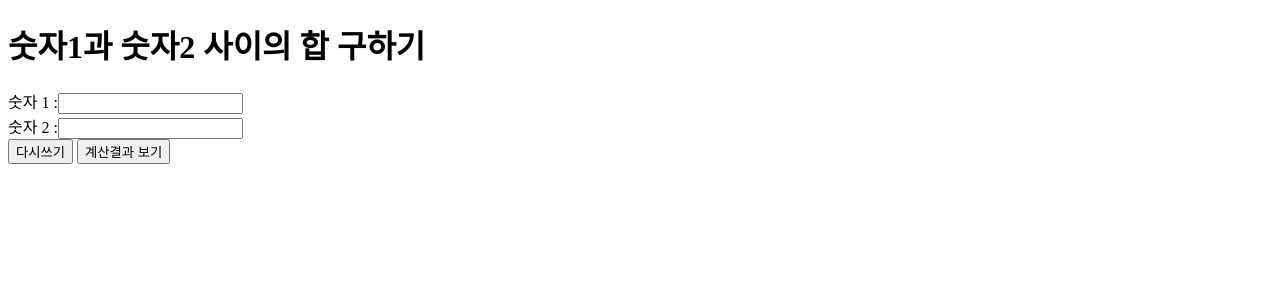
Repository: lopanghub/git_study
Page: http://localhost/JSPStudyCh04Exam/getRequestServletForm.jsp
These files come from the project's save history. The page is drawn as it stood at one moment and after the next save; the edit follows.
The browser window is 1280 px wide. The pictures show the whole page.
The page is served by Tomcat 9.

Above is the page before, as saved 2024-04-05 04:25:53.

After the next save:
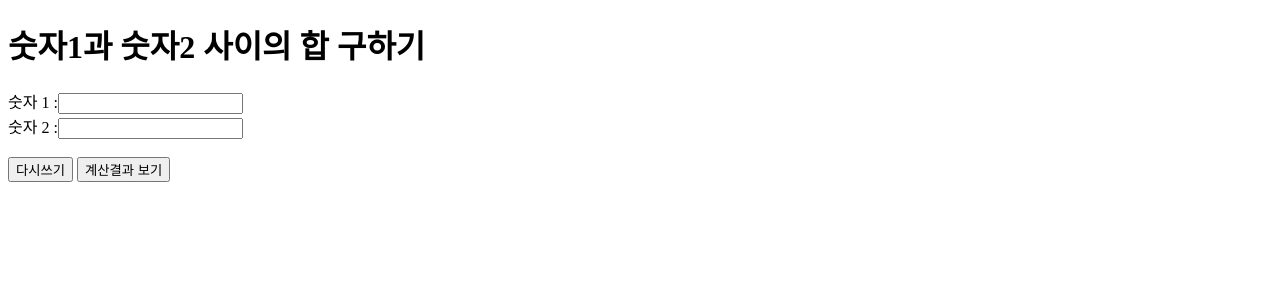
Saved 10 s later.
--- a/JSPStudy/JSPStudyCh04Exam/src/main/webapp/getRequestServletForm.jsp
+++ b/JSPStudy/JSPStudyCh04Exam/src/main/webapp/getRequestServletForm.jsp
@@ -10,7 +10,7 @@
 	<h1>숫자1과 숫자2 사이의 합 구하기</h1>
 	<form name="f1" action="getRequest">
 		숫자 1 :<input type="number" name="num1" min="1"/><br>
-		숫자 2 :<input type="number" name="num2" min="1"/><br>
+		숫자 2 :<input type="number" name="num2" min="1"/><br><br>
 		<input type ="reset" value ="다시쓰기"/>
 		<input type ="submit" value ="계산결과 보기"/>
 	</form>
